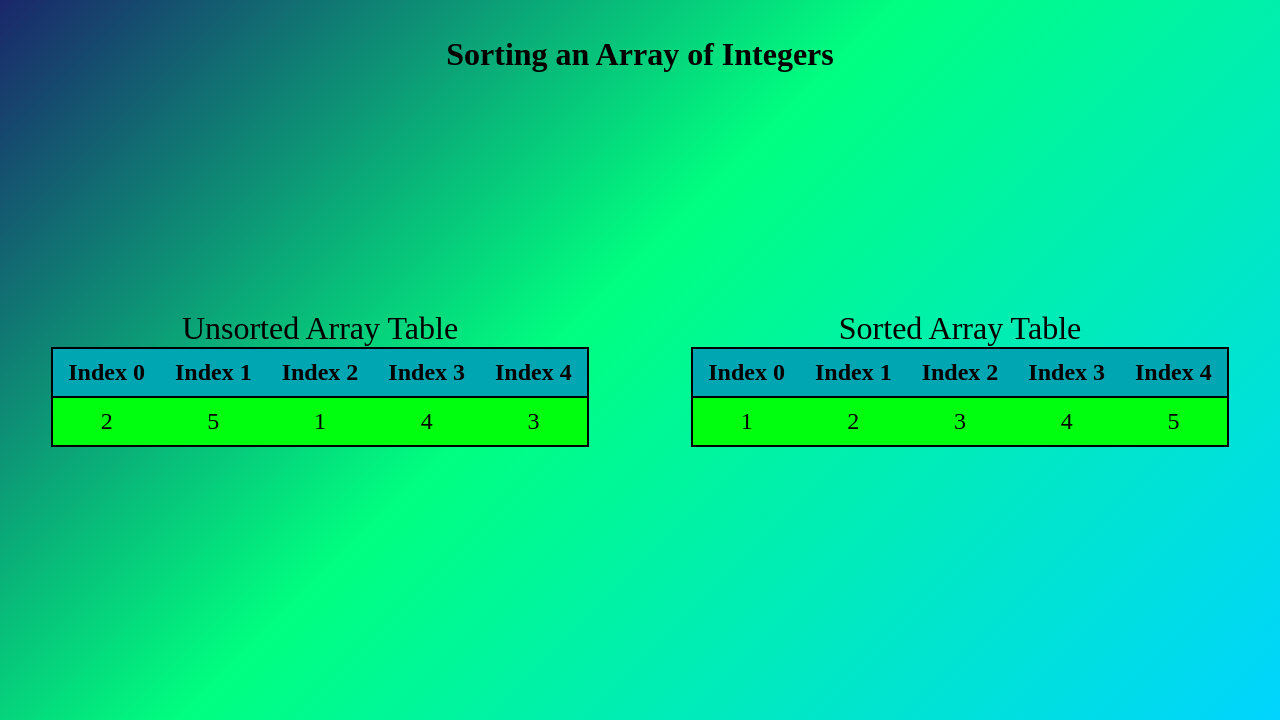
Repository: mlmEFSC21/P16-Sorting-Integers
Page: sort.html
An editor plug-in stored every save of this project. The page is shown before and after the next save, followed by the edit.
The browser window is 1280 px wide. The pictures show the whole page.

Above is the page before, as saved 2022-03-24 19:09:13.

### sort.html
<!DOCTYPE html>
<html lang="en">
    <head>
        <meta charset="UTF-8" />
        <meta http-equiv="X-UA-Compatible" content="IE=edge" />
        <meta name="viewport" content="width=device-width, initial-scale=1.0" />
        <link rel="stylesheet" href="sort.css" />
        <!-- <script defer src="sort.js"></script> -->
        <title>Array Sorting</title>
    </head>
    <body>
        <header class="mainHeader">
            <h1>Sorting an Array of Integers</h1>
        </header>
        <section>
            <div class="arrayContainer" id="arrayContainer">
                <!-- <h2 class="unsorted" id="unsorted">Array 1</h2>
                <h2 class="sorted" id="sorted">Array 2</h2> -->
                <table class="unsortedTable" id="unsortedTable">
                    <caption>
                        Unsorted Array Table
                    </caption>
                    <thead>
                        <tr class="theadRow">
                            <th>Index 0</th>
                            <th>Index 1</th>
                            <th>Index 2</th>
                            <th>Index 3</th>
                            <th>Index 4</th>
                        </tr>
                    </thead>
                    <tbody>
                        <tr>
                            <td>2</td>
                            <td>5</td>
                            <td>1</td>
                            <td>4</td>
                            <td>3</td>
                        </tr>
                    </tbody>
                </table>
                <table class="sortedTable" id="sortedTable">
                    <caption>
                        Sorted Array Table
                    </caption>
                    <thead>
                        <th>Index 0</th>
                        <th>Index 1</th>
                        <th>Index 2</th>
                        <th>Index 3</th>
                        <th>Index 4</th>
                    </thead>
                    <tbody>
                        <tr>
                            <td>1</td>
                            <td>2</td>
                            <td>3</td>
                            <td>4</td>
                            <td>5</td>
                        </tr>
                    </tbody>
                </table>
            </div>
        </section>
    </body>
</html>

### sort.css
:root {
    --clr-background: #00ff8f;
    --clr-primary: hsl(184, 100%, 50%);
    --clr-primary-light: hsl(184, 100%, 35%);
    --clr-secondary: #00ff0f;
}
*,
*::after,
*::before {
    box-sizing: border-box;
    margin: 0;
    padding: 0;
}
body {
    font-size: 0.875;
    background-color: var(--clr-background);
    background-repeat: no-repeat;
    background-size: cover;
    background: linear-gradient(
        135deg,
        rgba(26, 39, 107, 1) 0%,
        rgba(0, 255, 128, 1) 45%,
        rgba(0, 212, 255, 1) 100%
    );
    height: 100vh;
}
.mainHeader {
    height: 15vh;
    display: flex;
    align-items: center;
    justify-content: center;
}
.arrayContainer {
    height: min(75vh, 640px);
    display: flex;
    align-items: center;
    justify-content: space-around;
}
table {
    border-collapse: collapse;
    font-size: 1.5rem;
    border: 2px solid black;
}
caption {
    font-size: 2rem;
}
thead {
    border-bottom: 2px solid black;
}
th {
    background-color: var(--clr-primary-light);
}
td {
    background-color: var(--clr-secondary);
    text-align: center;
}
th,
td {
    margin: 10px 15px;
    padding: 10px 15px;
}

After the next save:
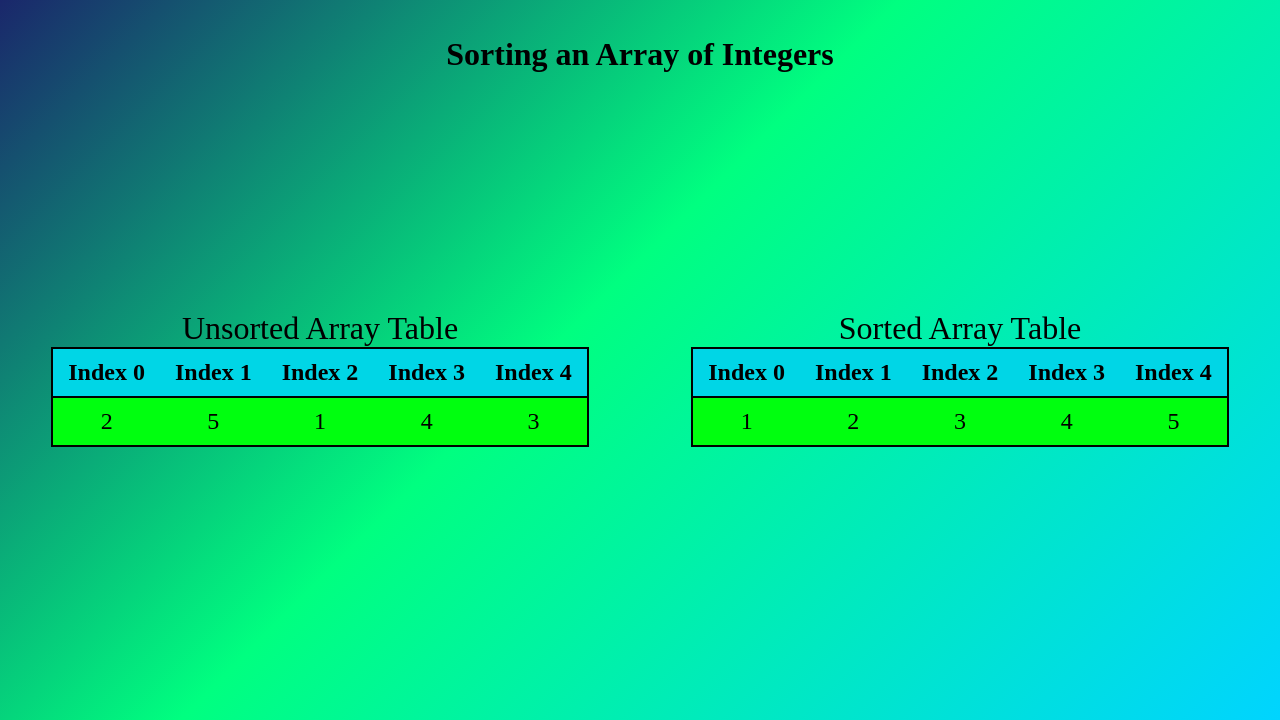
Saved 4 s later.
--- a/sort.css
+++ b/sort.css
@@ -1,7 +1,7 @@
 :root {
     --clr-background: #00ff8f;
     --clr-primary: hsl(184, 100%, 50%);
-    --clr-primary-light: hsl(184, 100%, 35%);
+    --clr-primary-light: hsl(184, 100%, 45%);
     --clr-secondary: #00ff0f;
 }
 *,
